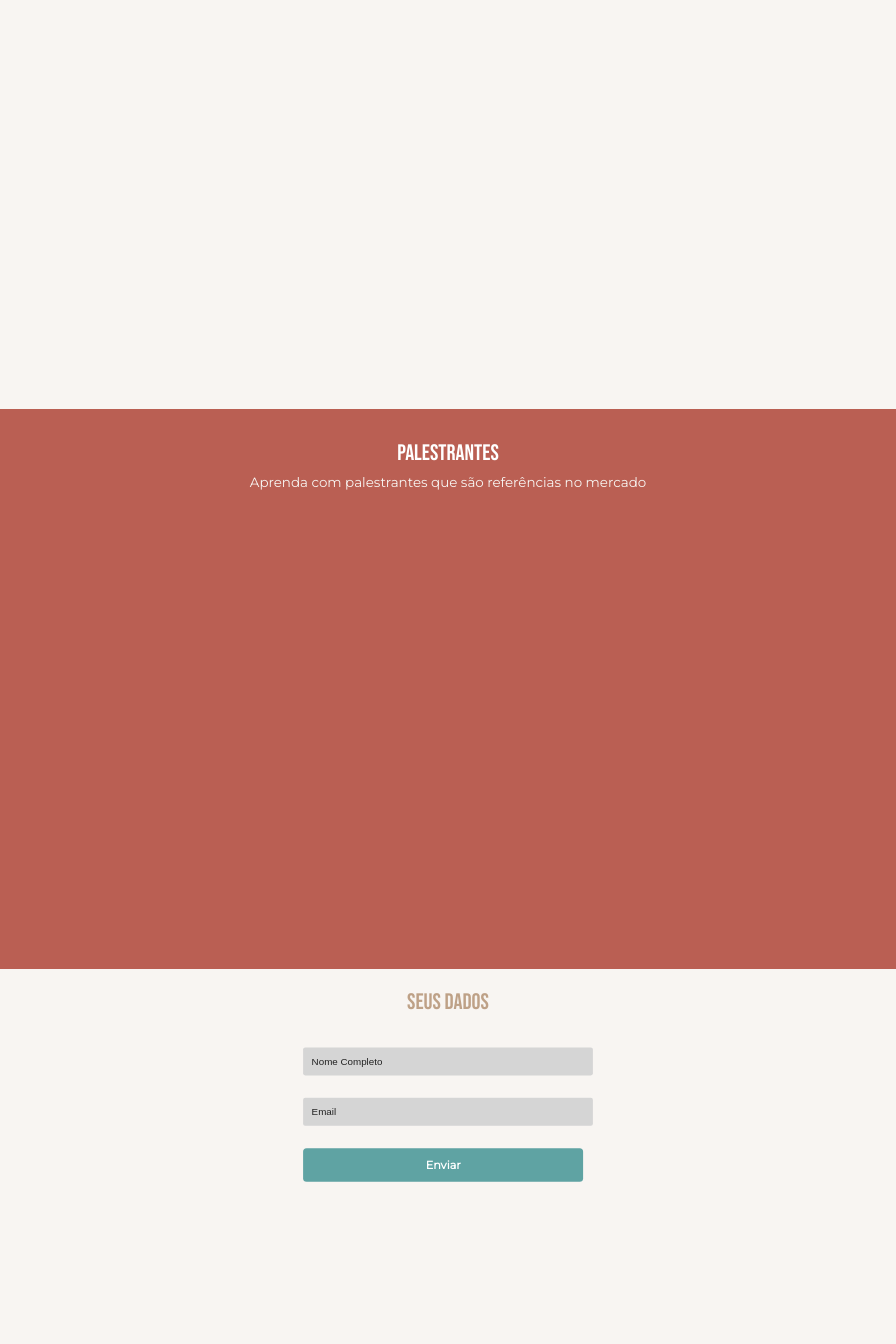
Repository: tomoliveira1/aluraconf
Page: index.html
An editor plug-in stored every save of this project. The page is shown before and after the next save, followed by the edit.
The browser window is 1280 px wide. The pictures show the part of the page from y = 936 to 2856 px (the page is 2856 px tall), at 70% of full size.

Above is the page before, as saved 2021-10-12 19:58:18.

After the next save:
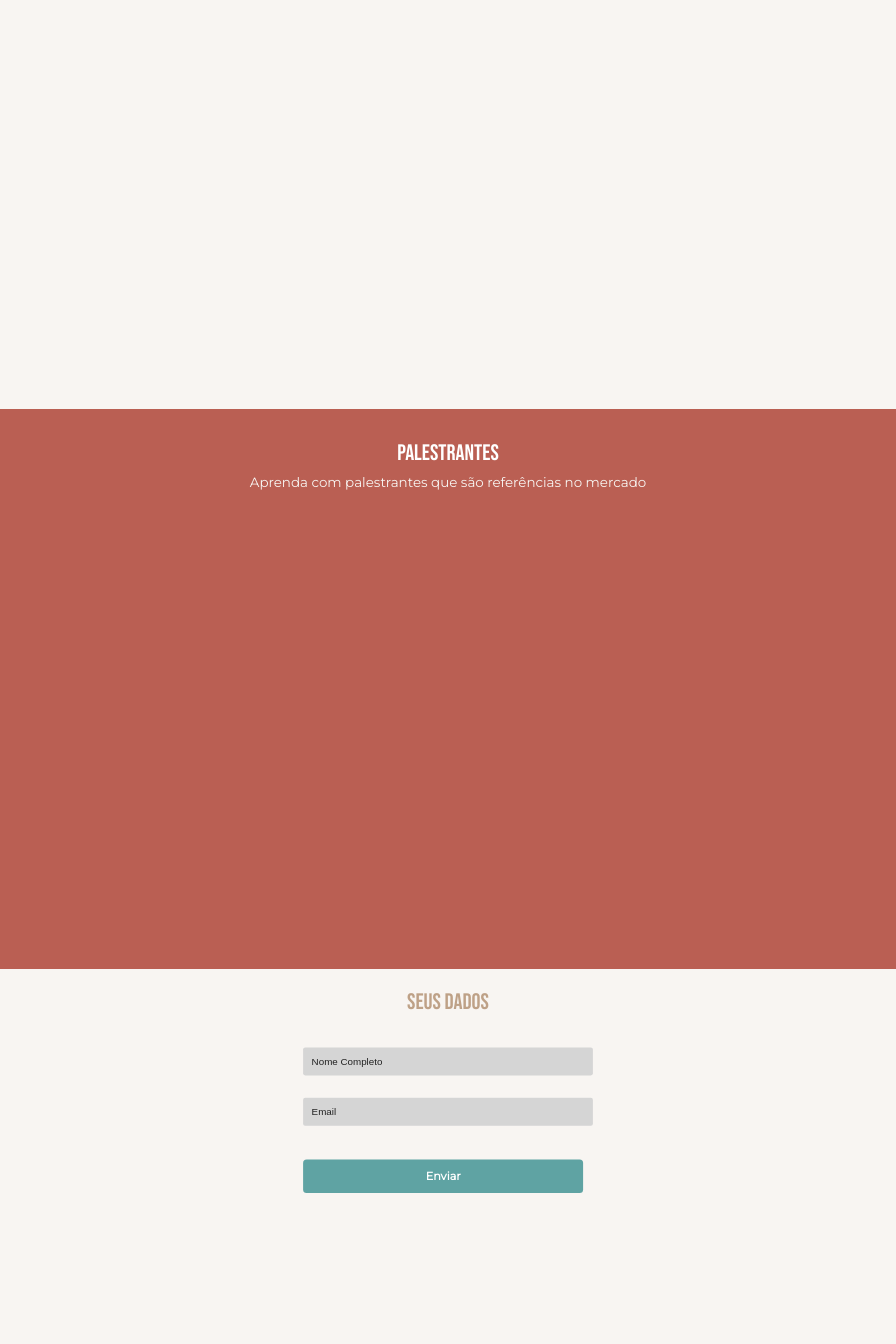
Saved 7 s later.
--- a/aluraconf/css/form.css
+++ b/aluraconf/css/form.css
@@ -53,5 +53,5 @@
 
 .submit_button {
     width: 100%;
-    margin-top: 2em;
+    margin-top: 3em;
 }
